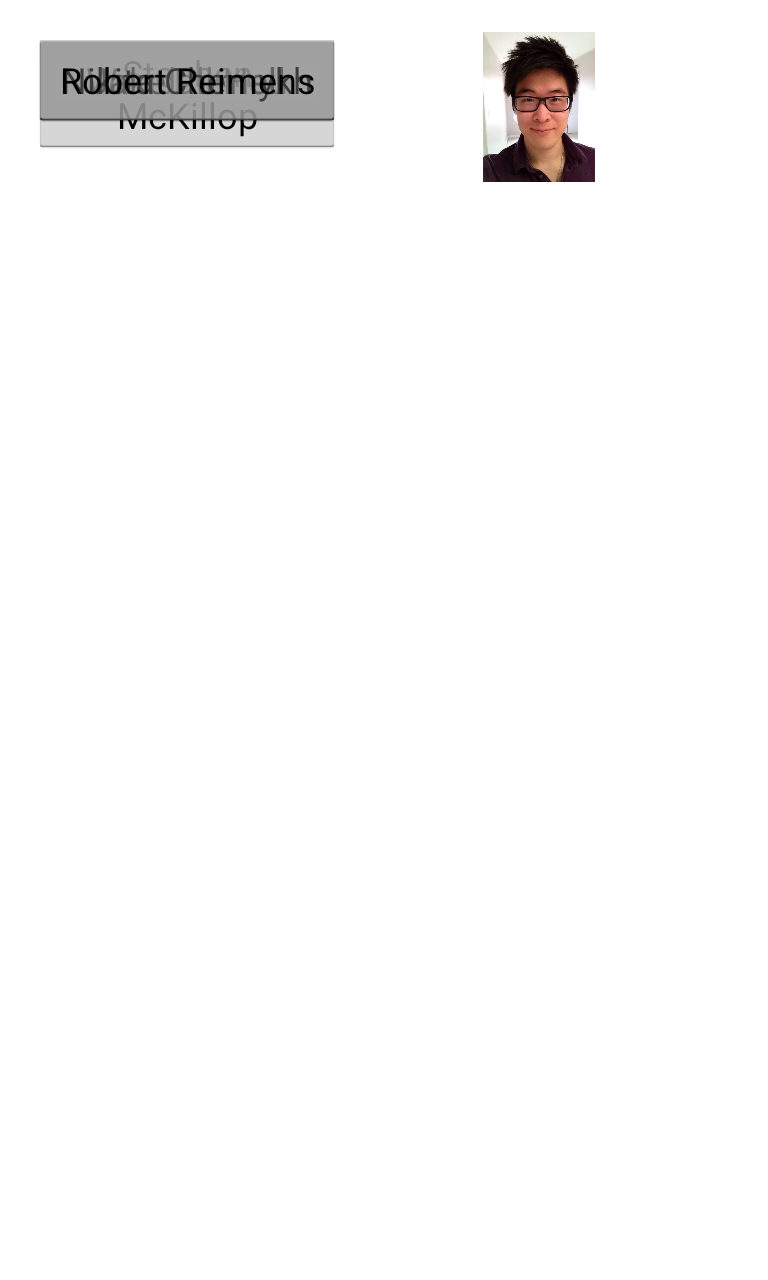
Repository: lethe13/AndroidProgramming
Layout: COMP304-Assignment2/res/layout/activity_main.xml
An editor plug-in stored every save of this project. The layout is shown before and after the next save, followed by the edit.
It is drawn on a 768 x 1280 px phone screen (xhdpi) without system bars, with theme AppTheme; the app's code is not run.

Above is the layout before, as saved 2015-10-13 21:45:26.

After the next save:
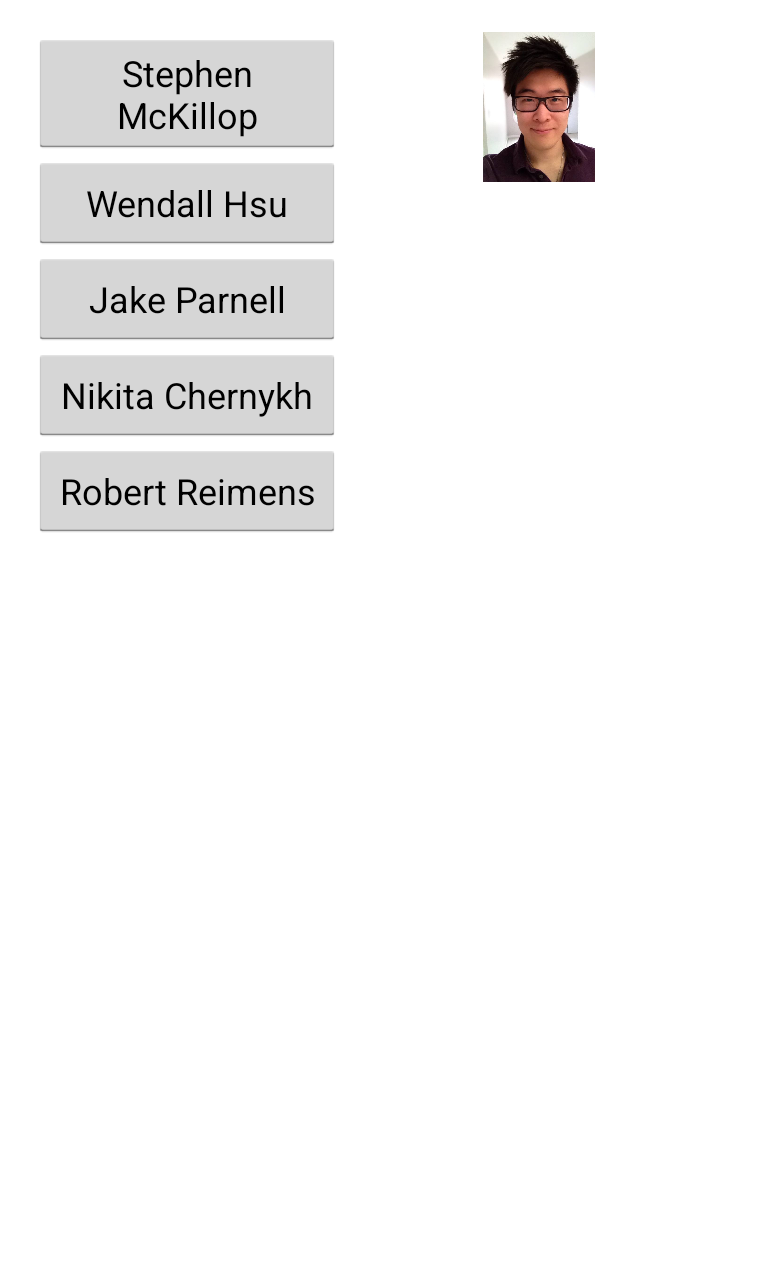
Saved 2 min 27 s later.
--- a/COMP304-Assignment2/res/layout/activity_main.xml
+++ b/COMP304-Assignment2/res/layout/activity_main.xml
@@ -19,24 +19,28 @@
            android:id="@+id/button2"
            android:layout_width="155dp"
            android:layout_height="wrap_content"
+           android:layout_below="@+id/button1"
            android:text="@string/st2" />
 
         <Button
            android:id="@+id/button3"
            android:layout_width="155dp"
            android:layout_height="wrap_content"
+		   android:layout_below="@+id/button2"
            android:text="@string/st3" />
 
          <Button
            android:id="@+id/button4"
            android:layout_width="155dp"
            android:layout_height="wrap_content"
+           android:layout_below="@+id/button3"
            android:text="@string/st4" />
 
           <Button
            android:id="@+id/button5"
            android:layout_width="155dp"
            android:layout_height="wrap_content"
+           android:layout_below="@+id/button4"
            android:text="@string/st5" />
 
        <ImageView
